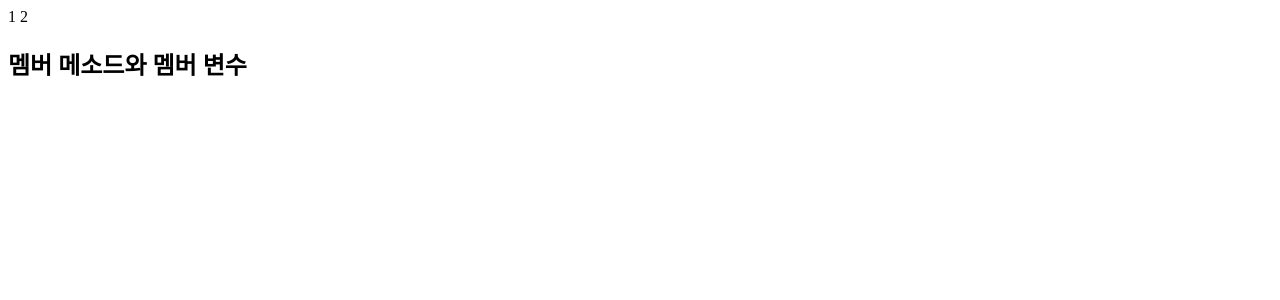
Repository: tldnwkd/jspclass2026
Page: http://localhost/chapter01/test04.jsp
These files come from the project's save history. The page is drawn as it stood at one moment and after the next save; the edit follows.
The browser window is 1280 px wide. The pictures show the whole page.
The page is served by Tomcat 9.

Above is the page before, as saved 2026-10-16 03:01:32.

After the next save:
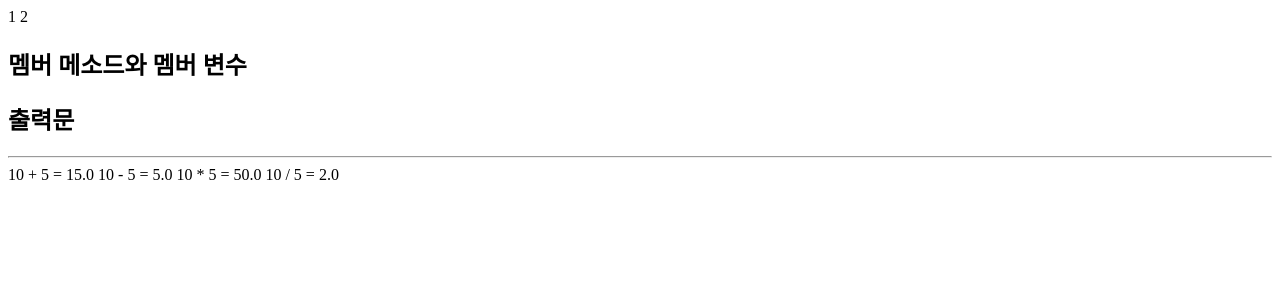
Saved 119 s later.
--- a/chapter01/src/main/webapp/test04.jsp
+++ b/chapter01/src/main/webapp/test04.jsp
@@ -34,5 +34,11 @@
  		return result;
  	}
  %>
+ <h2>출력문</h2>
+ <hr>
+ 10 + 5 = <%=cal(10,5,"+")%>
+ 10 - 5 = <%=cal(10,5,"-")%>
+ 10 * 5 = <%=cal(10,5,"*")%>
+ 10 / 5 = <%=cal(10,5,"/")%>
 </body>
 </html>
